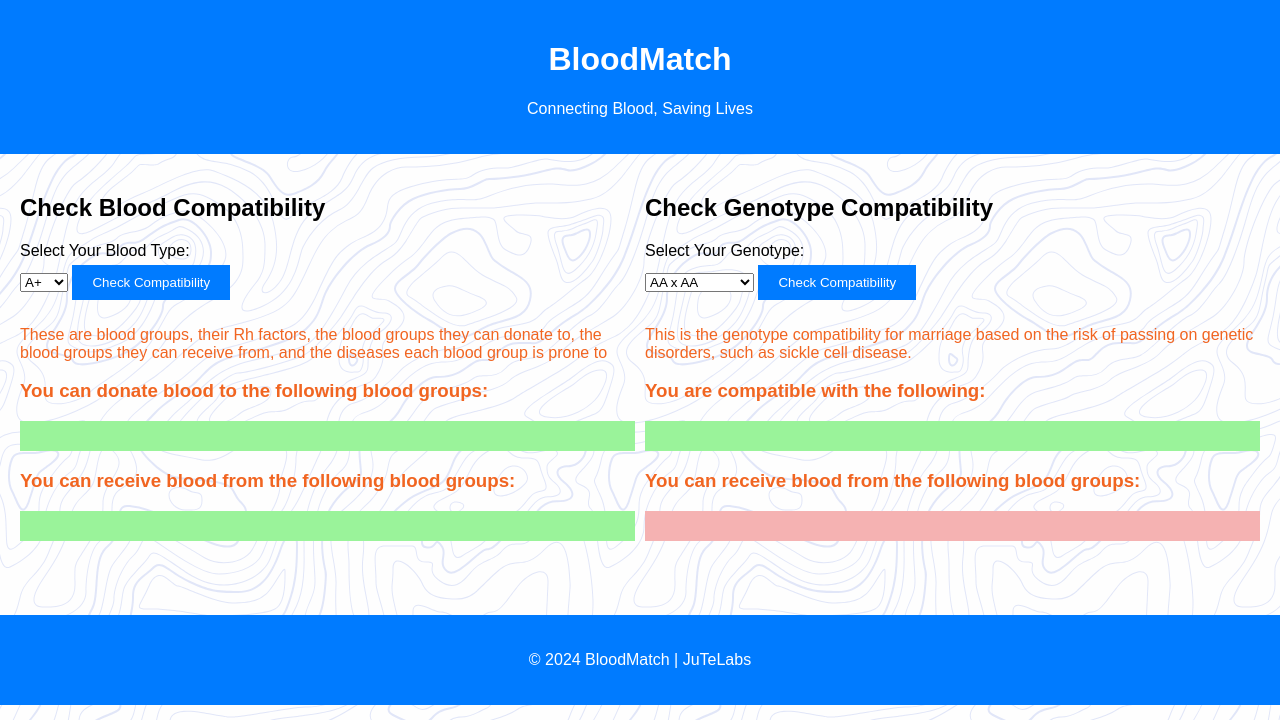
Repository: JuliusMonday/BloodMatch
Page: index.html
The author's editor kept a copy of each file at every save. The page is drawn from the files as they stood at one save, then again after the next save.
The browser window is 1280 px wide. The pictures show the whole page.

Above is the page before, as saved 2024-05-03 11:46:50.

After the next save:
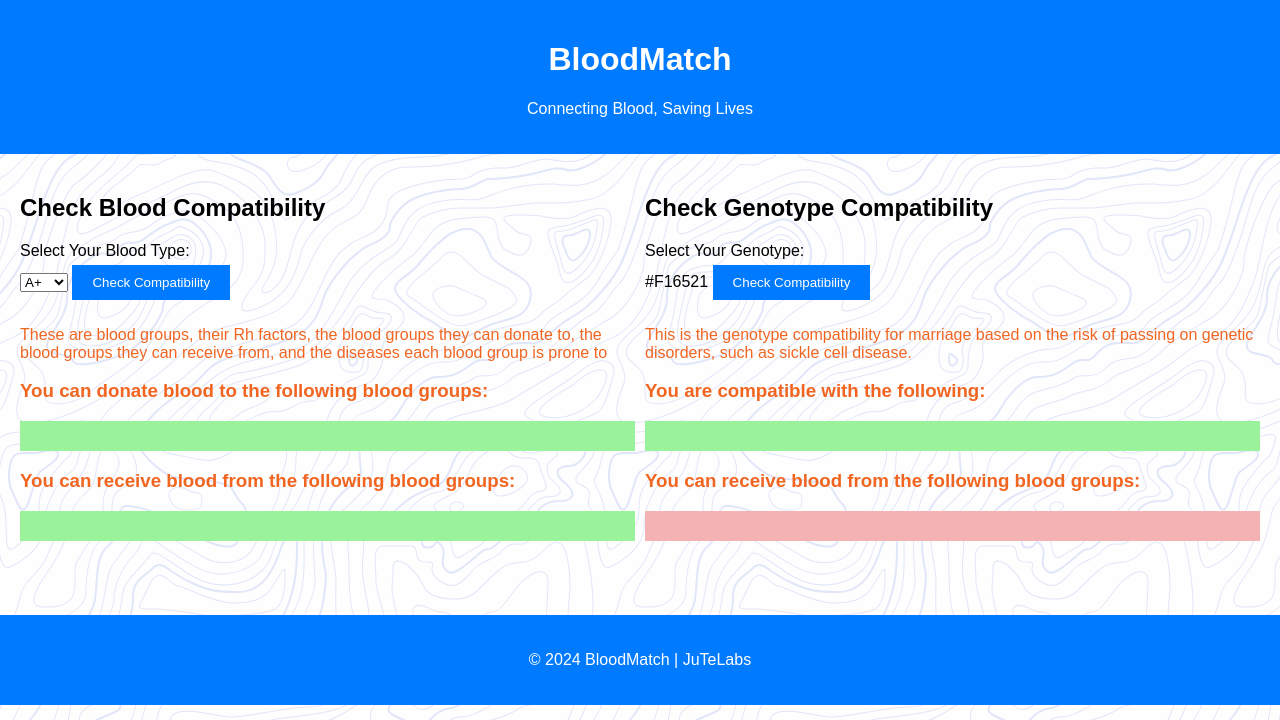
Saved 3 s later.
--- a/index.html
+++ b/index.html
@@ -41,13 +41,7 @@
     <section id="genotype">
       <h1>Check Genotype Compatibility</h1>
       <label for="selectGenotype">Select Your Genotype:</label>
-      <select id="selectGenotype">
-        <option value="AA x AA">AA x AA</option>
-        <option value="AA x AS">AA x AS</option>
-        <option value="AS x AS">AS x AS</option>
-        <option value="SS x SS">SS x SS</option>
-        <option value="AS x SC">AS x SC (rare)</option>
-    </select>
+      #F16521
       <button onclick="checkGenotypeCompatibility()">Check Compatibility</button>
       <div id="genotypeResult">
         <p class="p-s">This is the genotype compatibility for marriage based on the risk of passing on genetic disorders, such as sickle cell disease.</p>

After the save that followed:
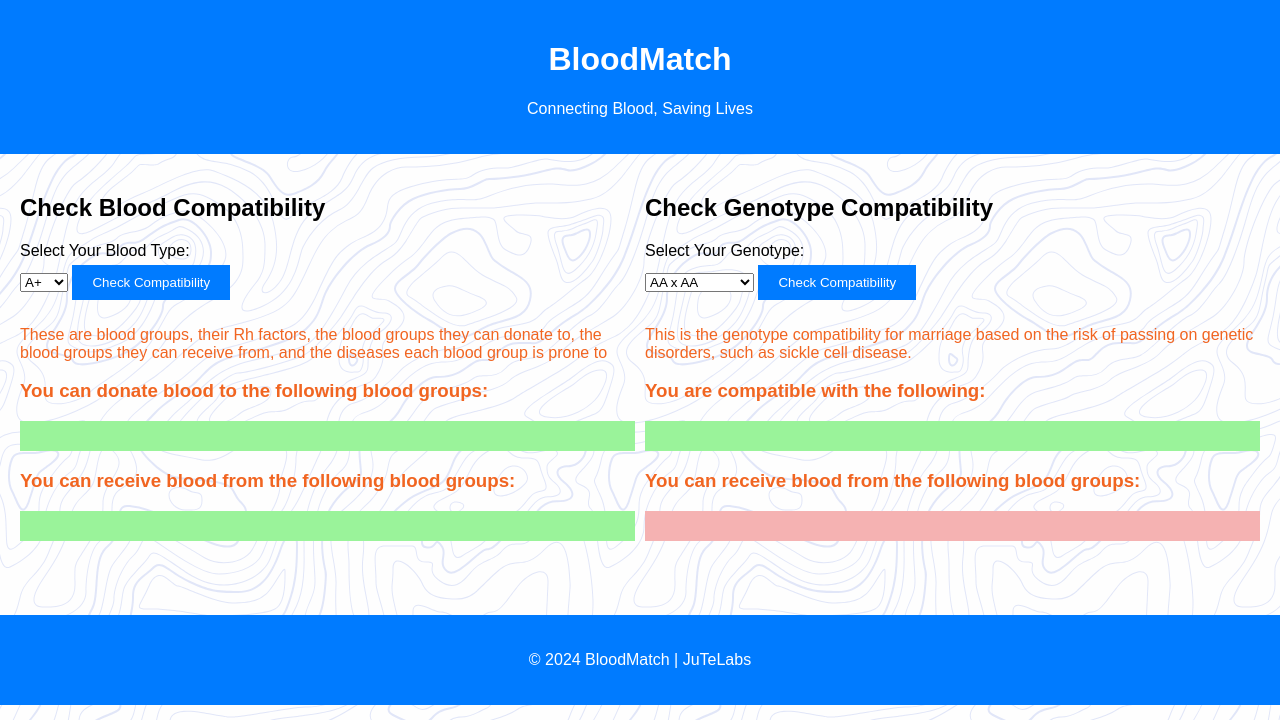
Saved 5 s later.
--- a/index.html
+++ b/index.html
@@ -41,7 +41,13 @@
     <section id="genotype">
       <h1>Check Genotype Compatibility</h1>
       <label for="selectGenotype">Select Your Genotype:</label>
-      #F16521
+      <select id="selectGenotype">
+        <option value="AA x AA">AA x AA</option>
+        <option value="AA x AS">AA x AS</option>
+        <option value="AS x AS">AS x AS</option>
+        <option value="SS x SS">SS x SS</option>
+        <option value="AS x SC">AS x SC (rare)</option>
+    </select>
       <button onclick="checkGenotypeCompatibility()">Check Compatibility</button>
       <div id="genotypeResult">
         <p class="p-s">This is the genotype compatibility for marriage based on the risk of passing on genetic disorders, such as sickle cell disease.</p>
